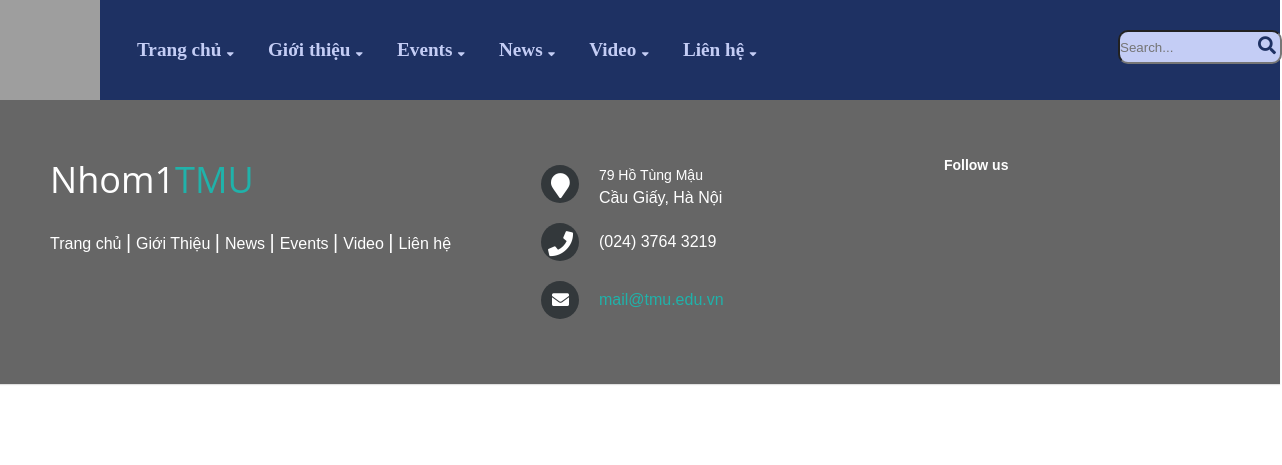
Repository: Luong-tung/MatchaTung
Page: newtopics/index.html
The author's editor kept a copy of each file at every save. The page is drawn from the files as they stood at one save, then again after the next save.
The browser window is 1280 px wide. The page is 1282 px wide, so the pictures cover 1282 px, including what lies to the right of the window. The pictures show the whole page.
Pictures or frames that could not be fetched are drawn as grey boxes. Some web libraries are served in a nearby version.

Above is the page before, as saved 2021-10-09 12:28:01.
Not found: newtopics/grid.css

After the next save:
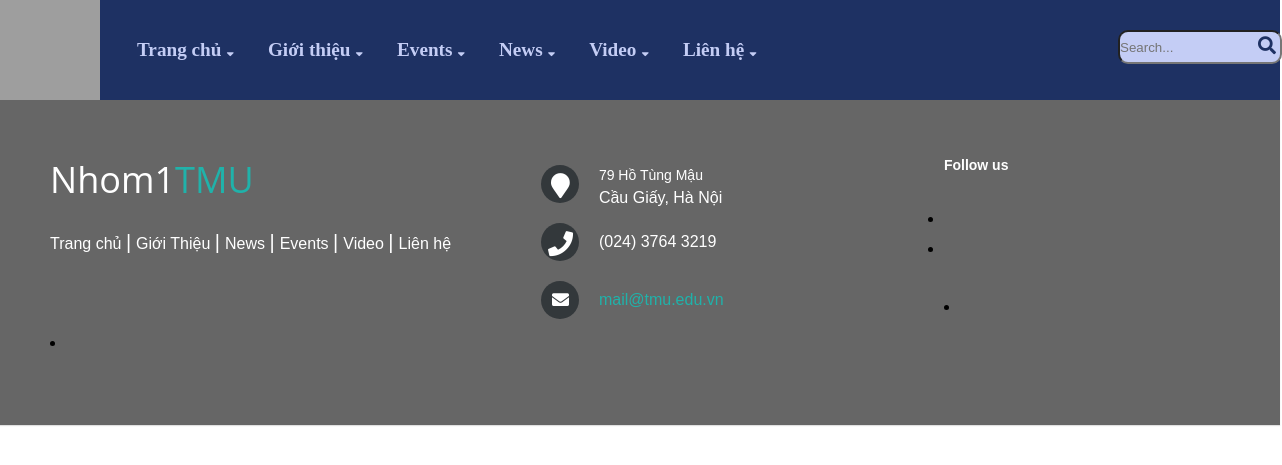
Saved 2 min 36 s later.
--- a/newtopics/index.html
+++ b/newtopics/index.html
@@ -87,12 +87,12 @@
               </p>
 
               <div class="footer-icons">
-
-                <a href="#"><i class="fa fa-facebook"></i></a>
-                <a href=""><i class="fa fa-twitter"></i></a>
-                <a href=""><i class="fa fa-linkedin"></i></a>
-                <a href=""><i class="fa fa-github"></i></a>
-
+                <ul>
+                <li><a href="#"><i class="fa fa-facebook"></i></a></li>
+                <li></li><a href="#"><i class="fa fa-twitter"></i></a></div>
+                <li></li><a href="#"><i class="fa fa-linkedin"></i></a></div>
+                <li></li><a href="#"><i class="fa fa-github"></i></a></footer>
+                </ul>
               </div>
 
             </div>
